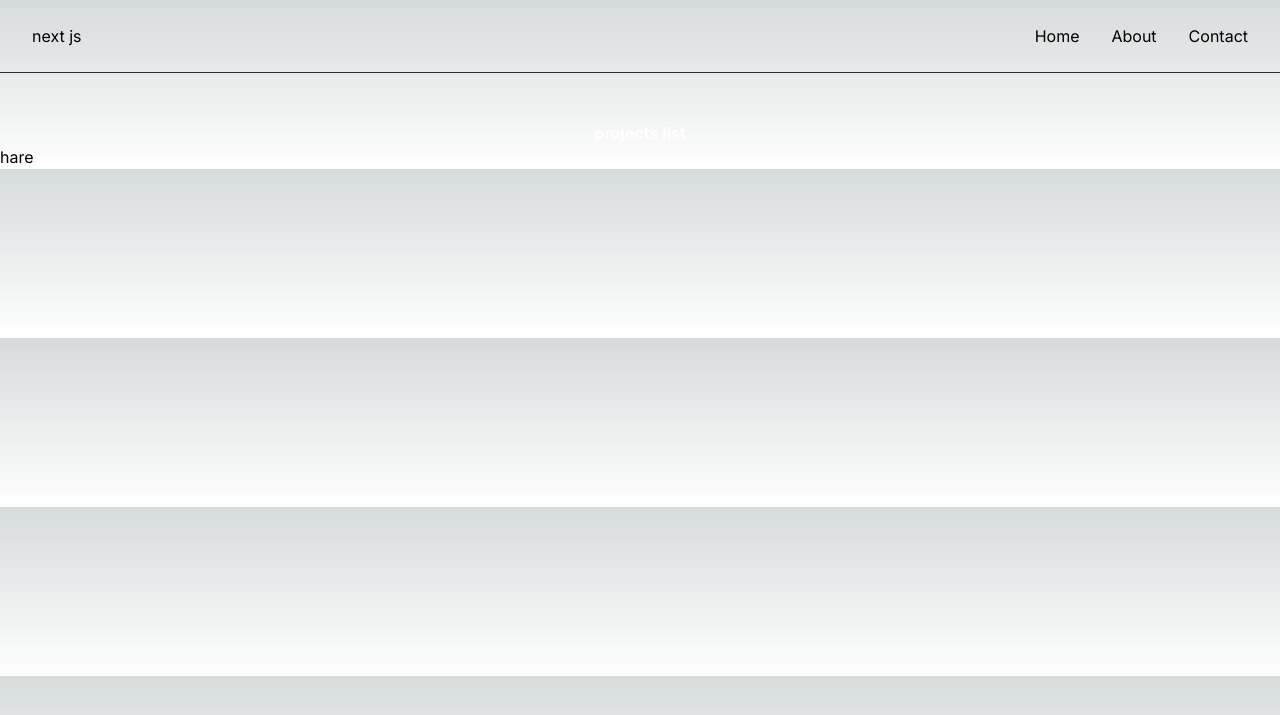
Repository: VilokMasuti/Nextjs-practice
Page: /projects/list
These files come from the project's save history. The page is drawn as it stood at one moment and after the next save; the edit follows.
The browser window is 1280 px wide. The pictures show the whole page.
The project was rebuilt for these pictures with package versions that can differ from the ones it lists, and the page was loaded fresh each time. The framework's server and built-in components were replaced by stand-ins that run in the browser. Also part of the build but not shown: next.config.mjs.

Above is the page before, as saved 2024-03-03 19:03:41.

### app/layout.tsx
import type { Metadata } from "next";
import { Inter } from "next/font/google";
import "./globals.css";

import Navbar from "../components/Navbar";

const inter = Inter({ subsets: ["latin"] });

export const metadata: Metadata = {
  title: "Create Next App",
  description: "Generated by create next app",
};

export default function RootLayout({
  children,
}: Readonly<{
  children: React.ReactNode;
}>) {
  return (
    <html lang="en">
      <body className={inter.className}>
        <Navbar />
        {children}
      </body>
    </html>
  );
}

### app/(dashbord)/projects/list/page.tsx
import Link from "next/link";

export default function Projects() {
  return (
    <>
      <h1 className=" flex items-center  mt-12 justify-center text-white font-bold">
        projects list
      </h1>

      <Link href="projects/hare"> hare</Link>
    </>
  );
}

### components/Navbar.tsx
import Link from "next/link";
import styles from "./navbar.module.css";

const Navbar = () => {
  return (
    <header>
      <nav className={styles.nav}>
        <p> next js</p>
        <ul className={styles.links}>
          <Link href="/">
            <li> Home </li>
          </Link>
          <Link href="/about">
            <li> About</li>
          </Link>
          <Link href="/contact">
            <li> Contact</li>
          </Link>
        </ul>
      </nav>
    </header>
  );
};

export default Navbar;

### components/navbar.module.css
.nav {
  width: 100%;
  padding: 1.5rem 2rem;
  display: flex;
  align-items: center;
  justify-content: space-between;
  flex-wrap: wrap;
  border-bottom: 1px solid #2c2c2c;
}
.links {
  flex: 1;
  list-style: none;
  display: flex;
  justify-content: end;
  align-items: center;
  gap: 2rem;
}
.links li {
  white-space: nowrap;
  cursor: pointer;
}
.links li:hover,
.links li:active {
  color: #0099ff;
}

Loaded but not shown: app/globals.css (common file); tailwind.config.ts (common file)

After the next save:
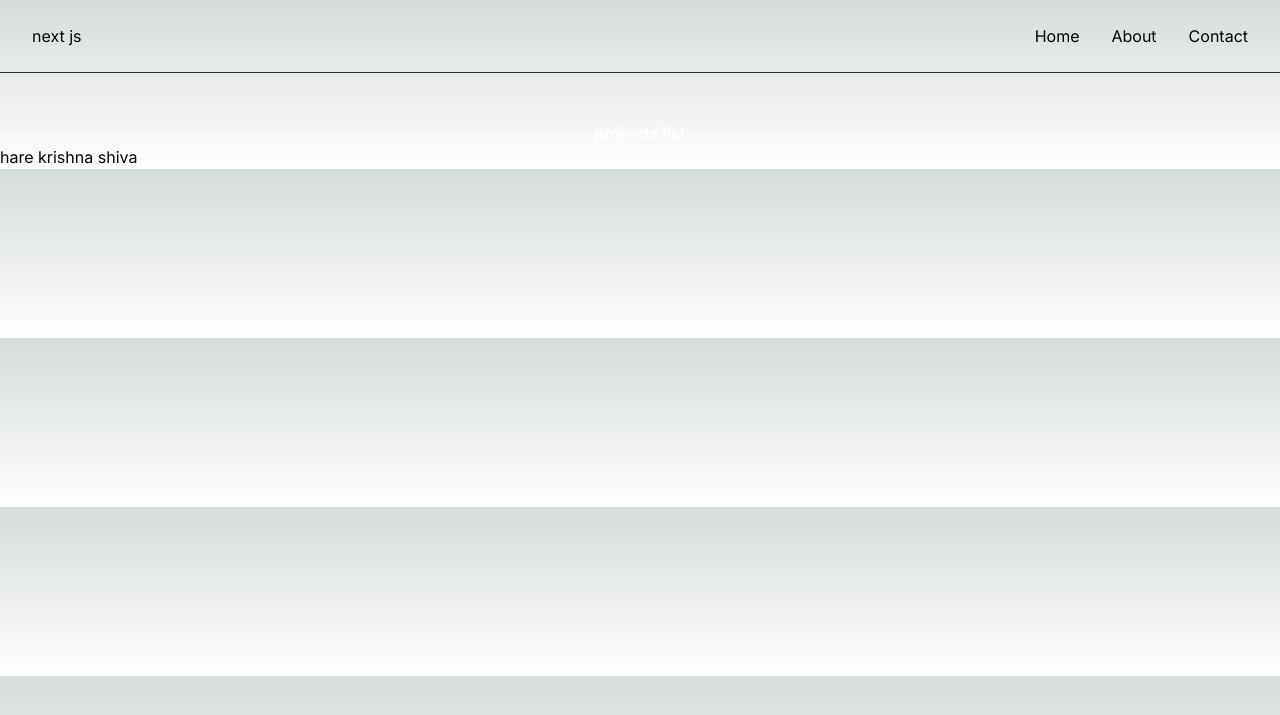
Saved 36 s later.
--- a/app/(dashbord)/projects/list/page.tsx
+++ b/app/(dashbord)/projects/list/page.tsx
@@ -8,6 +8,9 @@ export default function Projects() {
       </h1>
 
       <Link href="projects/hare"> hare</Link>
+      <Link href="projects/krishna"> krishna</Link>
+
+      <Link href="projects/shiva"> shiva</Link>
     </>
   );
 }
